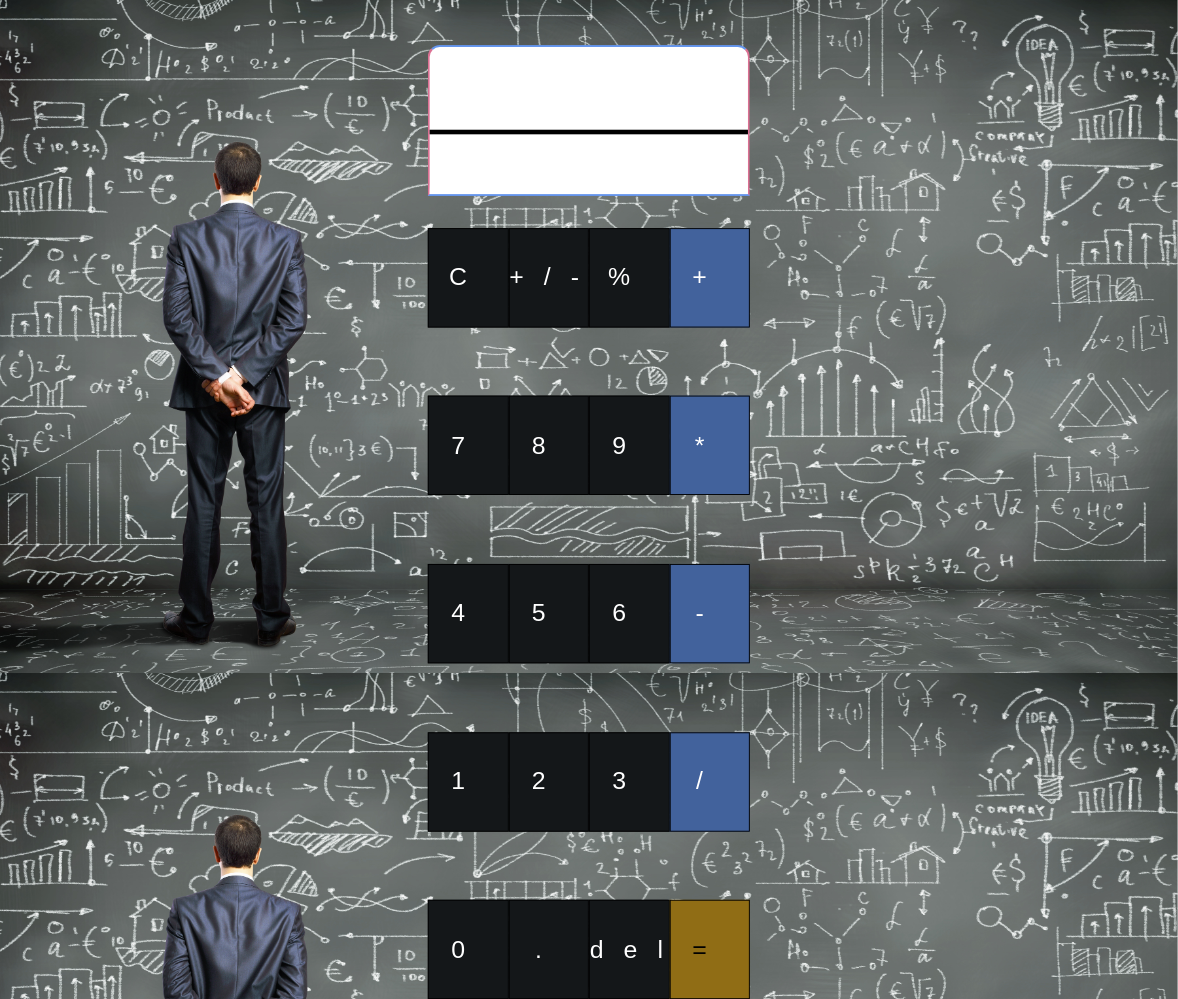
Repository: OfirLana/Calculator
Page: index.html
The author's editor kept a copy of each file at every save. The page is drawn from the files as they stood at one save, then again after the next save.
The browser window is 1280 px wide. The pictures show the whole page, at 92% of full size.
Pictures or frames that could not be fetched are drawn as grey boxes.

Above is the page before, as saved 2019-03-19 21:27:50.

### index.html
<!DOCTYPE html>
<html lang="en">

<head>
    <meta charset="UTF-8">
    <meta name="viewport" content="width=device-width, initial-scale=1.0">
    <meta http-equiv="X-UA-Compatible" content="ie=edge">
    <link href="https://fonts.googleapis.com/css?family=Lato:100,300,400,700,900" rel="stylesheet">
    <title>Document</title>
    <link rel="stylesheet" href="style.css">
    <iframe width:"0" height="0"
        src="http://www.youtuberepeater.com/watch?v=3FsLxCsDjZM&name=David+Bowie+Space+Oddity+Virgin+Magnetic+Material+Remix"
        frameborder="0" allowfullscreen></iframe>
</head>

<body>

    <div class="calculator">
        <div class="output_box">
            <div class="main_output"></div>
            <div class="sub_output"></div>
        </div>


        <div class="opeartor_box">
            <button class="btn dlt">C</button>
            <button class="btn">+/-</button>
            <button class="btn ">%</button>
            <button class="btn op">+</button>
            <button class="btn">7</button>
            <button class="btn">8</button>
            <button class="btn">9</button>
            <button class="btn op">*</button>
            <button class="btn">4</button>
            <button class="btn">5</button>
            <button class="btn">6</button>
            <button class="btn op">-</button>
            <button class="btn">1</button>
            <button class="btn">2</button>
            <button class="btn">3</button>
            <button class="btn op">/</button>
            <button class="btn">0</button>
            <button class="btn">.</button>
            <button class="btn">del</button>
            <button class="btn sum">=</button>


        </div>








    </div>
    <script src="index.js"></script>
</body>

</html>

### style.css
* {
    margin: 0;
    padding: 0;
    box-sizing: border-box;
}

html {
    font-size: 62.5%;
}

body {
    font-family: "Lato", sans-serif;
    font-size: 1.6rem;
    color: #777;
    padding: 3rem 0px 0px 0px;
    /* background: cadetblue; */
    background: url(img/math2.jpg);
    background-size: cover;
}

.calculator {
    display: flex;
    flex-direction: column;
    margin: 0 auto;
    width: 35rem;
    height: 55rem;
    /* border: 1px solid red; */
    border-radius: 5px;
}

.output_box {
    display: flex;
    flex-direction: column;
    flex-basis: 30%;
    border: 2px solid cornflowerblue;
    border-radius: 13px 13px 0px 0px;
    border-right: 2px solid palevioletred;
    border-left: 2px solid palevioletred;
    width: 100%;
    justify-content: space-between;
    /* padding:0px 20px; */
    background: white;
    color: black;
    font-size: 19px;
}

.main_output {
    display: flex;
    /* border: 1px solid blue; */
    height: 9rem;
    justify-content: center;
    align-items: center;
    /* background:blue; */
    /* border:1px solid tomato; */
    width: 100%;
    /* background:blue; */
    text-align: end;
    overflow: hidden;
}

.sub_output {
    display: flex;
    font-size: 4rem;
    font-weight: 700;
    /* border: 1px solid salmon; */
    height: 7rem;
    /* background:red; */
    color: white;
    justify-content: center;
    align-items: center;
    overflow: hidden;
    border-top: 5px solid black;

    /* background:tomato; */
}


.opeartor_box {
    display: flex;
    /* flex-direction: column; */
    flex-wrap: wrap;
    width: 100%;
    /* border:5px solid purple; */
    flex-basis: 70%;
}

.btn {
    width: 25%;
    height: 20%;
    background: #1E2326;
    border: 1px solid black;
    color: white;
    font-size: 27px;
    font-weight: 100;
    cursor: pointer;
    animation: btn 13s 1;
}
        @keyframes btn {
            0% {
                background:black;
                margin-bottom: 40px;
            }
            30% {
                letter-spacing: 25px;

                margin-top: 40px;
            }
            85% {

                margin-bottom: 40px;
            }
        }

.btn:active {
    background: salmon;
    border: 1px solid black;
}

.btn:hover {
    opacity: 0.8;
}

.op {
    background: cornflowerblue;
}

.sum {
    background: goldenrod;
    color: black;
}

Loaded but not shown: index.js (no copy from this time; the picture is the same without it)

After the next save:
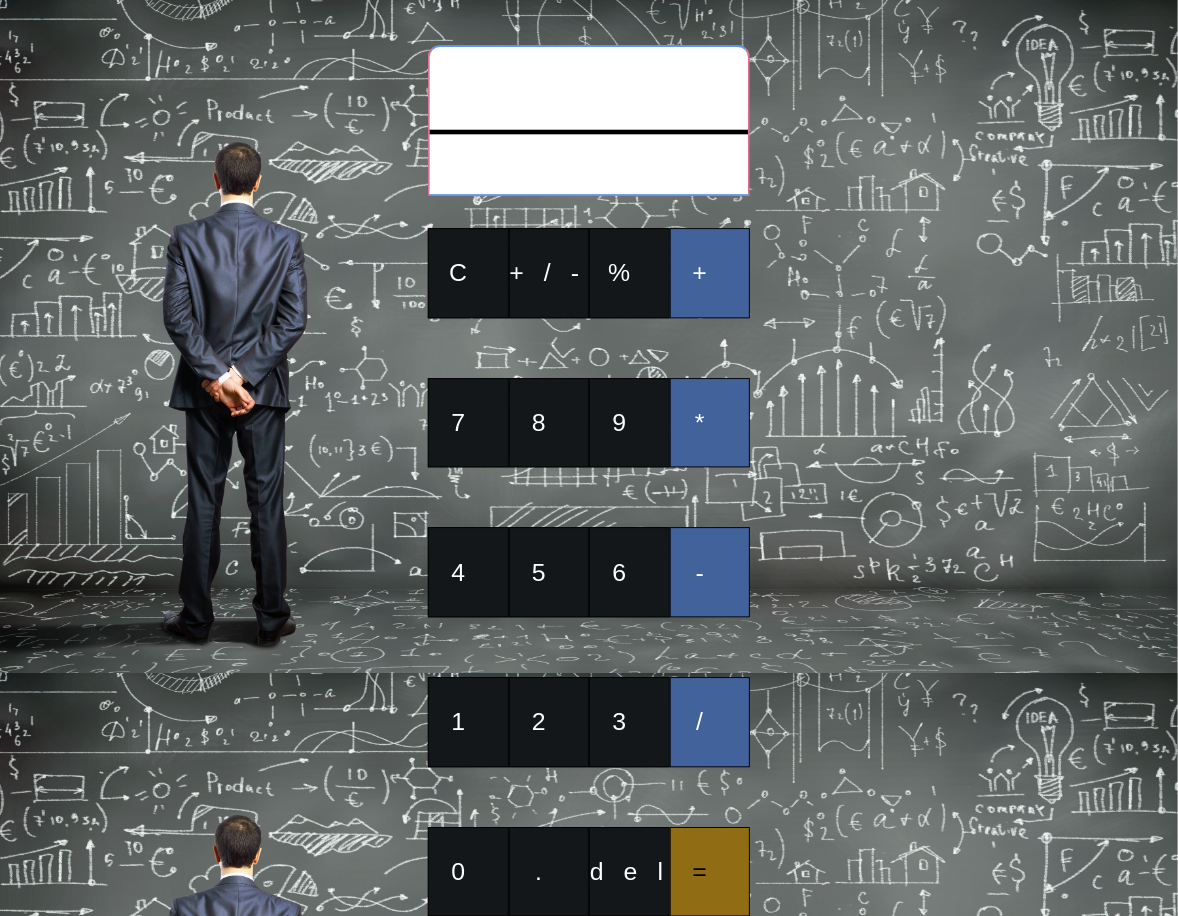
Saved 13 s later.
--- a/style.css
+++ b/style.css
@@ -98,7 +98,7 @@ body {
         @keyframes btn {
             0% {
                 background:black;
-                margin-bottom: 40px;
+
             }
             30% {
                 letter-spacing: 25px;
